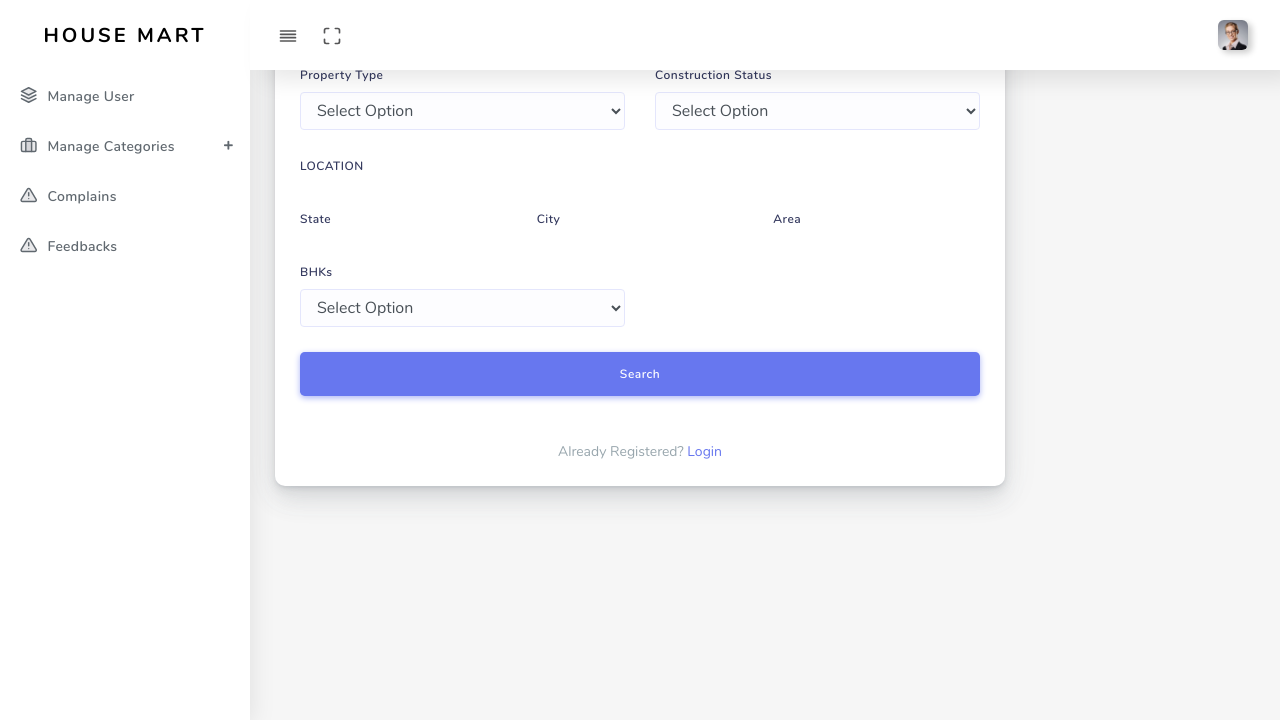
Repository: DhairyaSharma7120/finalyearproject
Page: http://localhost/housepricepredictionsystem/admin/residential.jsp
These files come from the project's save history. The page is drawn as it stood at one moment and after the next save; the edit follows.
The browser window is 1280 px wide. The pictures show the whole page.
The page is served by Tomcat 9.

Above is the page before, as saved 2021-02-19 10:05:57.

### housepricepredictionsystem/WebContent/admin/residential.jsp
<%@ page language="java" contentType="text/html; charset=ISO-8859-1"
    pageEncoding="ISO-8859-1" import = "java.sql.*"%>
<!DOCTYPE html>
<html lang="en">

<head>
  <meta charset="UTF-8">
  <meta content="width=device-width, initial-scale=1, maximum-scale=1, shrink-to-fit=no" name="viewport">
  <title>House Mart</title>
  <!-- General CSS Files -->
  <link rel="stylesheet" href="adminResources/css/app.min.css">
  <link rel="stylesheet" href="adminResources/css/selectric.css">
  <!-- Template CSS -->
  <link rel="stylesheet" href="adminResources/css/style.css">
  <link rel="stylesheet" href="adminResources/css/components.css">
  <!-- Custom style CSS -->
  <link rel="stylesheet" href="adminResources/css/custom.css">
  <link rel='shortcut icon' type='image/x-icon' href='adminResources/image/favicon.ico' />
  <link href="https://fonts.googleapis.com/css2?family=Montserrat&display=swap" rel="stylesheet">
  <link rel="stylesheet" href="./adminResources/css/register.css">
</head>

<body>
  <div class="loader"></div>
  <jsp:include page="header.jsp"></jsp:include>
  <jsp:include page="menu.jsp"></jsp:include>

  <div id="app">
    <section class="section">
      <div class="container mt-6">
        <div class="row">
          <div class="col-12 col-sm-10 offset-sm-1 col-md-8 offset-md-2 col-lg-8 offset-lg-2 col-xl-8 offset-xl-2">
            <div class="card card-primary">
              <div class="card-header">
                <h4 class="header">Residential Category</h4>
              </div>
              <%-- <%
   			  Boolean pass = true;
              String pas = (String)session.getAttribute("pass");
              out.println(pass);
              out.println(pas);


              %> --%>
              <div class="card-body">
                <form method="POST" action="./registerdb.jsp">
                  <div class="row">
                    <div class="form-group col-6">
                      <label for="frist_name">Property Type</label>
                      <select class="form-control">
                      	<option>Select Option </option>
                      	<option>Apartment</option>
                      	<option>Bunglow</option>
                      	<option>Flat</option>
                      	<option>Plot</option>
                      </select>
                    </div>
                    <div class="form-group col-6">
                      <label for="frist_name">Construction Status</label>
                      <select class="form-control">
                      	<option>Select Option </option>
                      	<option>Ready To  Move</option>
                      	<option>Fully Furnished</option>
                      	<option>Under Construction</option>
                      </select>
                    </div>
                    <div class="form-group col-12"><label>LOCATION</label></div>
                    <div class="form-group col-4">
                      <label for="frist_name">State</label>

                    </div>
                         <div class="form-group col-4">
                      <label for="frist_name">City</label>

                    </div>
                         <div class="form-group col-4">
                      <label for="frist_name">Area</label>

                    </div>
                    <div class="form-group col-6">
                      <label for="bhks">BHKs</label>
                      <select class="form-control">
                      	<option>Select Option </option>
                      	<option>1</option>
                      	<option>2</option>
                      	<option>3</option>
                      	<option>4</option>
                      </select>
                    </div>
                  </div>
                  <div class="form-group">
                    <button id="submit-btn"  type="Submit" class="btn btn-primary btn-lg btn-block">
                      Search
                    </button>
                  </div>
                </form>
              </div>
              <div class="mb-4 text-muted text-center">
                Already Registered? <a href="login.jsp">Login</a>
              </div>
            </div>
          </div>
        </div>
      </div>
    </section>
  </div>
  <script type="text/javascript">
  const check = function() {
	  document.getElementById("submit-btn").addEventListener("click", function(event){
		  event.preventDefault()
		});
	  console.log(document.getElementById('password').value);
	  console.log(document.getElementById('password2').value);
	  if (document.getElementById('password').value ==
	    document.getElementById('password2').value) {
	    $(this).trigger(e.type);
	  } else {
	   alert("Password is not matching");
	  }
	}
  </script>
  <!-- General JS Scripts -->
  <script src="adminResources/js/app.min.js"></script>
  <!-- JS Libraies -->
  <script src="adminResources/js/jquery.pwstrength.min.js"></script>
  <script src="adminResources/js/jquery.selectric.min.js"></script>
  <!-- Page Specific JS File -->
  <script src="adminResources/js/auth-register.js"></script>
  <!-- Template JS File -->
  <script src="adminResources/js/scripts.js"></script>
  <!-- Custom JS File -->
  <script src="adminResources/js/custom.js"></script>
</body>

</html>

### housepricepredictionsystem/WebContent/admin/header.jsp
<nav class="navbar navbar-expand-lg main-navbar sticky">
	<div class="form-inline mr-auto">
		<ul class="navbar-nav mr-3">
			<li><a href="#" data-toggle="sidebar"
				class="nav-link nav-link-lg
									collapse-btn"> <i
					data-feather="align-justify"></i></a></li>
			<li><a href="#" class="nav-link nav-link-lg fullscreen-btn">
					<i data-feather="maximize"></i>
			</a></li>

		</ul>
	</div>
	<ul class="navbar-nav navbar-right">

		<li class="dropdown"><a href="#" data-toggle="dropdown"
			class="nav-link dropdown-toggle nav-link-lg nav-link-user"> <img
				alt="image" src="adminResources/image/user.png"
				class="user-img-radious-style"> <span
				class="d-sm-none d-lg-inline-block"></span></a>
			<div class="dropdown-menu dropdown-menu-right pullDown">
			<% String name = (String)session.getAttribute("xyz"); %>
				<div class="dropdown-title">Hello <% out.println(name); %></div>
				<a href="profile.html" class="dropdown-item has-icon"> <i
					class="far
										fa-user"></i> Profile
				</a>
				<div class="dropdown-divider"></div>
				<a href="login.jsp" class="dropdown-item has-icon text-danger">
					<i class="fas fa-sign-out-alt"></i> Logout
				</a>
			</div></li>
	</ul>
</nav>

### housepricepredictionsystem/WebContent/admin/menu.jsp
<link rel="stylesheet" href="./adminResources/css/font-awesome.min.css">
<div class="main-sidebar sidebar-style-2">
	<aside id="sidebar-wrapper">
		<div class="sidebar-brand">
			<a href="./index.jsp">
			<!--   <img alt="image" src="adminResources/image/logo.png" class="header-logo" /> -->
			<span class="logo-name" >House Mart</span>
			</a>
		</div>
		<ul class="sidebar-menu">
			<!-- <li class="menu-header">Main</li> -->
		<!--  	<li class="dropdown active"><a href="./index.jsp"
				class="nav-link"><i data-feather="home"></i><span>Home</span></a>
			</li>
			-->
			<li class="dropdown"><a href="./datatable.jsp"
				class="nav-link"><i data-feather="layers"></i><span>Manage User</span></a>
			</li>

			<!--    class="dropdown"><a href="#"
				class="nav-link"><i data-feather="book"></i><span></span></a>
			</li> -->
			<li class="dropdown"><a href="#"
				class="menu-toggle nav-link has-dropdown"><i
					data-feather="briefcase"></i><span>Manage Categories</span></a>
				<ul class="dropdown-menu">
					<li><a class="nav-link" href="residential.jsp">Residential</a></li>
					<li><a class="nav-link" href="widget-data.html">Commercials</a></li>
				</ul></li>


				<li class="dropdown"><a href="complain.jsp"
				class="nav-link"><i data-feather="alert-triangle"></i><span>Complains</span></a>
			</li>
			<li class="dropdown"><a href="#"
				class="nav-link"><i data-feather="alert-triangle"></i><span>Feedbacks</span></a>
			</li>
			<!-- <li class="dropdown"><a href="#"
				class="menu-toggle nav-link has-dropdown"><i
					data-feather="command"></i><span>Apps</span></a>
				<ul class="dropdown-menu">
					<li><a class="nav-link" href="chat.html">Chat</a></li>
					<li><a class="nav-link" href="portfolio.html">Portfolio</a></li>
					<li><a class="nav-link" href="blog.html">Blog</a></li>
					<li><a class="nav-link" href="calendar.html">Calendar</a></li>
				</ul></li> -->
		<!-- 	<li class="dropdown"><a href="#"
				class="menu-toggle nav-link has-dropdown"><i data-feather="mail"></i><span>Contact</span></a>
				<ul class="dropdown-menu">
					<li><a class="nav-link" href="email-inbox.html">Inbox</a></li>
					<li><a class="nav-link" href="email-compose.html">Compose</a></li>
					<li><a class="nav-link" href="email-read.html">read</a></li>
				</ul></li>
			<!-- <li class="menu-header">UI Elements</li>
			<li class="dropdown"><a href="#"
				class="menu-toggle nav-link has-dropdown"><i data-feather="copy"></i><span>Basic
						Components</span></a>
				<ul class="dropdown-menu">
					<li><a class="nav-link" href="alert.html">Alert</a></li>
					<li><a class="nav-link" href="badge.html">Badge</a></li>
					<li><a class="nav-link" href="breadcrumb.html">Breadcrumb</a></li>
					<li><a class="nav-link" href="buttons.html">Buttons</a></li>
					<li><a class="nav-link" href="collapse.html">Collapse</a></li>
					<li><a class="nav-link" href="dropdown.html">Dropdown</a></li>
					<li><a class="nav-link" href="checkbox-and-radio.html">Checkbox
							&amp; Radios</a></li>
					<li><a class="nav-link" href="list-group.html">List Group</a></li>
					<li><a class="nav-link" href="media-object.html">Media
							Object</a></li>
					<li><a class="nav-link" href="navbar.html">Navbar</a></li>
					<li><a class="nav-link" href="pagination.html">Pagination</a></li>
					<li><a class="nav-link" href="popover.html">Popover</a></li>
					<li><a class="nav-link" href="progress.html">Progress</a></li>
					<li><a class="nav-link" href="tooltip.html">Tooltip</a></li>
					<li><a class="nav-link" href="flags.html">Flag</a></li>
					<li><a class="nav-link" href="typography.html">Typography</a></li>
				</ul></li>
 -->
			<!--  <li class="dropdown"><a href="#"
				class="menu-toggle nav-link has-dropdown"><i
					data-feather="shopping-bag"></i><span>Current Deals</span></a>
				<ul class="dropdown-menu">
					<li><a class="nav-link" href="avatar.html">Avatar</a></li>
					<li><a class="nav-link" href="card.html">Card</a></li>
					<li><a class="nav-link" href="modal.html">Modal</a></li>
					<li><a class="nav-link" href="sweet-alert.html">Sweet
							Alert</a></li>
					<li><a class="nav-link" href="toastr.html">Toastr</a></li>
					<li><a class="nav-link" href="empty-state.html">Empty
							State</a></li>
					<li><a class="nav-link" href="multiple-upload.html">Multiple
							Upload</a></li>
					<li><a class="nav-link" href="pricing.html">Pricing</a></li>
					<li><a class="nav-link" href="tabs.html">Tab</a></li>
				</ul></li>
			<!-- <li><a class="nav-link" href="blank.html"><i
					data-feather="file"></i><span>Blank Page</span></a></li>
			<li class="menu-header">Otika</li>
			<li class="dropdown"><a href="#"
				class="menu-toggle nav-link has-dropdown"><i
					data-feather="layout"></i><span>Forms</span></a>
				<ul class="dropdown-menu">
					<li><a class="nav-link" href="basic-form.html">Basic Form</a></li>
					<li><a class="nav-link" href="forms-advanced-form.html">Advanced
							Form</a></li>
					<li><a class="nav-link" href="forms-editor.html">Editor</a></li>
					<li><a class="nav-link" href="forms-validation.html">Validation</a></li>
					<li><a class="nav-link" href="form-wizard.html">Form
							Wizard</a></li>
				</ul></li>
			<li class="dropdown"><a href="#"
				class="menu-toggle nav-link has-dropdown"><i data-feather="grid"></i><span>Tables</span></a>
				<ul class="dropdown-menu">
					<li><a class="nav-link" href="basic-table.html">Basic
							Tables</a></li>
					<li><a class="nav-link" href="advance-table.html">Advanced
							Table</a></li>
					<li><a class="nav-link" href="datatables.html">Datatable</a></li>
					<li><a class="nav-link" href="export-table.html">Export
							Table</a></li>
					<li><a class="nav-link" href="editable-table.html">Editable
							Table</a></li>
				</ul></li>
			<li class="dropdown"><a href="#"
				class="menu-toggle nav-link has-dropdown"><i
					data-feather="pie-chart"></i><span>Charts</span></a>
				<ul class="dropdown-menu">
					<li><a class="nav-link" href="chart-amchart.html">amChart</a></li>
					<li><a class="nav-link" href="chart-apexchart.html">apexchart</a></li>
					<li><a class="nav-link" href="chart-echart.html">eChart</a></li>
					<li><a class="nav-link" href="chart-chartjs.html">Chartjs</a></li>
					<li><a class="nav-link" href="chart-sparkline.html">Sparkline</a></li>
					<li><a class="nav-link" href="chart-morris.html">Morris</a></li>
				</ul></li>
			<li class="dropdown"><a href="#"
				class="menu-toggle nav-link has-dropdown"><i
					data-feather="feather"></i><span>Icons</span></a>
				<ul class="dropdown-menu">
					<li><a class="nav-link" href="icon-font-awesome.html">Font
							Awesome</a></li>
					<li><a class="nav-link" href="icon-material.html">Material
							Design</a></li>
					<li><a class="nav-link" href="icon-ionicons.html">Ion
							Icons</a></li>
					<li><a class="nav-link" href="icon-feather.html">Feather
							Icons</a></li>
					<li><a class="nav-link" href="icon-weather-icon.html">Weather
							Icon</a></li>
				</ul></li>
			<li class="menu-header">Media</li>

			<li class="dropdown"><a href="#"
				class="menu-toggle nav-link has-dropdown"><i
					data-feather="image"></i><span>Gallery</span></a>
				<ul class="dropdown-menu">
					<li><a class="nav-link" href="light-gallery.html">Light
							Gallery</a></li>
					<li><a href="gallery1.html">Gallery 2</a></li>
				</ul></li> -->
			<!-- 	<li class="dropdown"><a href="#"
				class="nav-link"><i data-feather="image"></i><span>Gallery</span></a>
			</li>  -->
			<!-- <li class="dropdown"><a href="#"
				class="menu-toggle nav-link has-dropdown"><i data-feather="flag"></i><span>Sliders</span></a>
				<ul class="dropdown-menu">
					<li><a href="carousel.html">Bootstrap Carousel.html</a></li>
					<li><a class="nav-link" href="owl-carousel.html">Owl
							Carousel</a></li>
				</ul></li>
			<li><a class="nav-link" href="timeline.html"><i
					data-feather="sliders"></i><span>Timeline</span></a></li>
			<li class="menu-header">Maps</li>
			<li class="dropdown"><a href="#"
				class="menu-toggle nav-link has-dropdown"><i data-feather="map"></i><span>Google
						Maps</span></a>
				<ul class="dropdown-menu">
					<li><a href="gmaps-advanced-route.html">Advanced Route</a></li>
					<li><a href="gmaps-draggable-marker.html">Draggable Marker</a></li>
					<li><a href="gmaps-geocoding.html">Geocoding</a></li>
					<li><a href="gmaps-geolocation.html">Geolocation</a></li>
					<li><a href="gmaps-marker.html">Marker</a></li>
					<li><a href="gmaps-multiple-marker.html">Multiple Marker</a></li>
					<li><a href="gmaps-route.html">Route</a></li>
					<li><a href="gmaps-simple.html">Simple</a></li>
				</ul></li>
			<li><a class="nav-link" href="vector-map.html"><i
					data-feather="map-pin"></i><span>Vector Map</span></a></li>
			<li class="menu-header">Pages</li>
				<li class="dropdown"><a href="#"
				class="menu-toggle nav-link has-dropdown"><i
					data-feather="users"></i><span>Login/Registration</span></a>
				 <ul class="dropdown-menu">
					<li><a href="auth-login.html">Login</a></li>
					<li><a href="auth-register.html">Register</a></li>
					<li><a href="auth-forgot-password.html">Forgot Password</a></li>
					<li><a href="auth-reset-password.html">Reset Password</a></li>
					<li><a href="subscribe.html">Subscribe</a></li>
				</ul> </li>-->
				<!--   <li class="dropdown"><a href="./register.jsp"
				class="nav-link"><i data-feather="users"></i><span>Login/Registration</span></a>
			</li> -->


			<!-- <li class="dropdown"><a href="#"
				class="menu-toggle nav-link has-dropdown"><i
					data-feather="alert-triangle"></i><span>Errors</span></a>
				<ul class="dropdown-menu">
					<li><a class="nav-link" href="errors-503.html">503</a></li>
					<li><a class="nav-link" href="errors-403.html">403</a></li>
					<li><a class="nav-link" href="errors-404.html">404</a></li>
					<li><a class="nav-link" href="errors-500.html">500</a></li>
				</ul></li>
			<li class="dropdown"><a href="#"
				class="menu-toggle nav-link has-dropdown"><i
					data-feather="anchor"></i><span>Other Pages</span></a>
				<ul class="dropdown-menu">
					<li><a class="nav-link" href="create-post.html">Create
							Post</a></li>
					<li><a class="nav-link" href="posts.html">Posts</a></li>
					<li><a class="nav-link" href="profile.html">Profile</a></li>
					<li><a class="nav-link" href="contact.html">Contact</a></li>
					<li><a class="nav-link" href="invoice.html">Invoice</a></li>
				</ul></li>
			<li class="dropdown"><a href="#"
				class="menu-toggle nav-link has-dropdown"><i
					data-feather="chevrons-down"></i><span>Multilevel</span></a>
				<ul class="dropdown-menu">
					<li><a href="#">Menu 1</a></li>
					<li class="dropdown"><a href="#" class="has-dropdown">Menu
							2</a>
						<ul class="dropdown-menu">
							<li><a href="#">Child Menu 1</a></li>
							<li class="dropdown"><a href="#" class="has-dropdown">Child
									Menu 2</a>
								<ul class="dropdown-menu">
									<li><a href="#">Child Menu 1</a></li>
									<li><a href="#">Child Menu 2</a></li>
								</ul></li>
							<li><a href="#"> Child Menu 3</a></li>
						</ul></li>
				</ul></li>
 -->		</ul>
	</aside>
</div>

### housepricepredictionsystem/WebContent/admin/adminResources/css/selectric.css
/*======================================
  Selectric v1.13.0
======================================*/

.selectric-wrapper {
  position: relative;
  cursor: pointer;
}

.selectric-responsive {
  width: 100%;
}

.selectric {
  border: 1px solid #DDD;
  border-radius: 0px;
  background: #F8F8F8;
  position: relative;
  overflow: hidden;
}

.selectric .label {
  display: block;
  white-space: nowrap;
  overflow: hidden;
  text-overflow: ellipsis;
  margin: 0 38px 0 10px;
  font-size: 12px;
  line-height: 38px;
  color: #444;
  height: 38px;
  -webkit-user-select: none;
     -moz-user-select: none;
      -ms-user-select: none;
          user-select: none;
}

.selectric .button {
  display: block;
  position: absolute;
  right: 0;
  top: 0;
  width: 38px;
  height: 38px;
  line-height: 38px;
  background-color: #F8f8f8;
  color: #BBB;
  text-align: center;
  font: 0/0 a;
  *font: 20px/38px Lucida Sans Unicode, Arial Unicode MS, Arial;
}

.selectric .button:after {
  content: " ";
  position: absolute;
  top: 0;
  right: 0;
  bottom: 0;
  left: 0;
  margin: auto;
  width: 0;
  height: 0;
  border: 4px solid transparent;
  border-top-color: #BBB;
  border-bottom: none;
}

.selectric-focus .selectric {
  border-color: #aaaaaa;
}

.selectric-hover .selectric {
  border-color: #c4c4c4;
}

.selectric-hover .selectric .button {
  color: #a2a2a2;
}

.selectric-hover .selectric .button:after {
  border-top-color: #a2a2a2;
}

.selectric-open {
  z-index: 9999;
}

.selectric-open .selectric {
  border-color: #c4c4c4;
}

.selectric-open .selectric-items {
  display: block;
}

.selectric-disabled {
  filter: alpha(opacity=50);
  opacity: 0.5;
  cursor: default;
  -webkit-user-select: none;
     -moz-user-select: none;
      -ms-user-select: none;
          user-select: none;
}

.selectric-hide-select {
  position: relative;
  overflow: hidden;
  width: 0;
  height: 0;
}

.selectric-hide-select select {
  position: absolute;
  left: -100%;
}

.selectric-hide-select.selectric-is-native {
  position: absolute;
  width: 100%;
  height: 100%;
  z-index: 10;
}

.selectric-hide-select.selectric-is-native select {
  position: absolute;
  top: 0;
  left: 0;
  right: 0;
  height: 100%;
  width: 100%;
  border: none;
  z-index: 1;
  box-sizing: border-box;
  opacity: 0;
}

.selectric-input {
  position: absolute !important;
  top: 0 !important;
  left: 0 !important;
  overflow: hidden !important;
  clip: rect(0, 0, 0, 0) !important;
  margin: 0 !important;
  padding: 0 !important;
  width: 1px !important;
  height: 1px !important;
  outline: none !important;
  border: none !important;
  *font: 0/0 a !important;
  background: none !important;
}

.selectric-temp-show {
  position: absolute !important;
  visibility: hidden !important;
  display: block !important;
}

/* Items box */
.selectric-items {
  display: none;
  position: absolute;
  top: 100%;
  left: 0;
  background: #F8F8F8;
  border: 1px solid #c4c4c4;
  z-index: -1;
  box-shadow: 0 0 10px -6px;
}

.selectric-items .selectric-scroll {
  height: 100%;
  overflow: auto;
}

.selectric-above .selectric-items {
  top: auto;
  bottom: 100%;
}

.selectric-items ul, .selectric-items li {
  list-style: none;
  padding: 0;
  margin: 0;
  font-size: 12px;
  line-height: 20px;
  min-height: 20px;
}

.selectric-items li {
  display: block;
  padding: 10px;
  color: #666;
  cursor: pointer;
}

.selectric-items li.selected {
  background: #E0E0E0;
  color: #444;
}

.selectric-items li.highlighted {
  background: #D0D0D0;
  color: #444;
}

.selectric-items li:hover {
  background: #D5D5D5;
  color: #444;
}

.selectric-items .disabled {
  filter: alpha(opacity=50);
  opacity: 0.5;
  cursor: default !important;
  background: none !important;
  color: #666 !important;
  -webkit-user-select: none;
     -moz-user-select: none;
      -ms-user-select: none;
          user-select: none;
}

.selectric-items .selectric-group .selectric-group-label {
  font-weight: bold;
  padding-left: 10px;
  cursor: default;
  -webkit-user-select: none;
     -moz-user-select: none;
      -ms-user-select: none;
          user-select: none;
  background: none;
  color: #444;
}

.selectric-items .selectric-group.disabled li {
  filter: alpha(opacity=100);
  opacity: 1;
}

.selectric-items .selectric-group li {
  padding-left: 25px;
}

### housepricepredictionsystem/WebContent/admin/adminResources/css/register.css
body{
/* 	background-image: url("../image/house2.jpg"); */
	backgound-blend-mode: lighten;
}
.card-header{
	display: grid;
	place-content: center;
	font-family: 'Montserrat', sans-serif;

}

Loaded but not shown: housepricepredictionsystem/WebContent/admin/adminResources/css/app.min.css (library); housepricepredictionsystem/WebContent/admin/adminResources/css/style.css (library); housepricepredictionsystem/WebContent/admin/adminResources/css/components.css (library); housepricepredictionsystem/WebContent/admin/adminResources/css/custom.css (common file); housepricepredictionsystem/WebContent/admin/adminResources/css/font-awesome.min.css (library); housepricepredictionsystem/WebContent/admin/adminResources/js/app.min.js (library); housepricepredictionsystem/WebContent/admin/adminResources/js/jquery.pwstrength.min.js (common file); housepricepredictionsystem/WebContent/admin/adminResources/js/jquery.selectric.min.js (library); housepricepredictionsystem/WebContent/admin/adminResources/js/auth-register.js (common file); housepricepredictionsystem/WebContent/admin/adminResources/js/custom.js (common file); housepricepredictionsystem/WebContent/admin/adminResources/js/scripts.js (709 lines, source omitted)

After the next save:
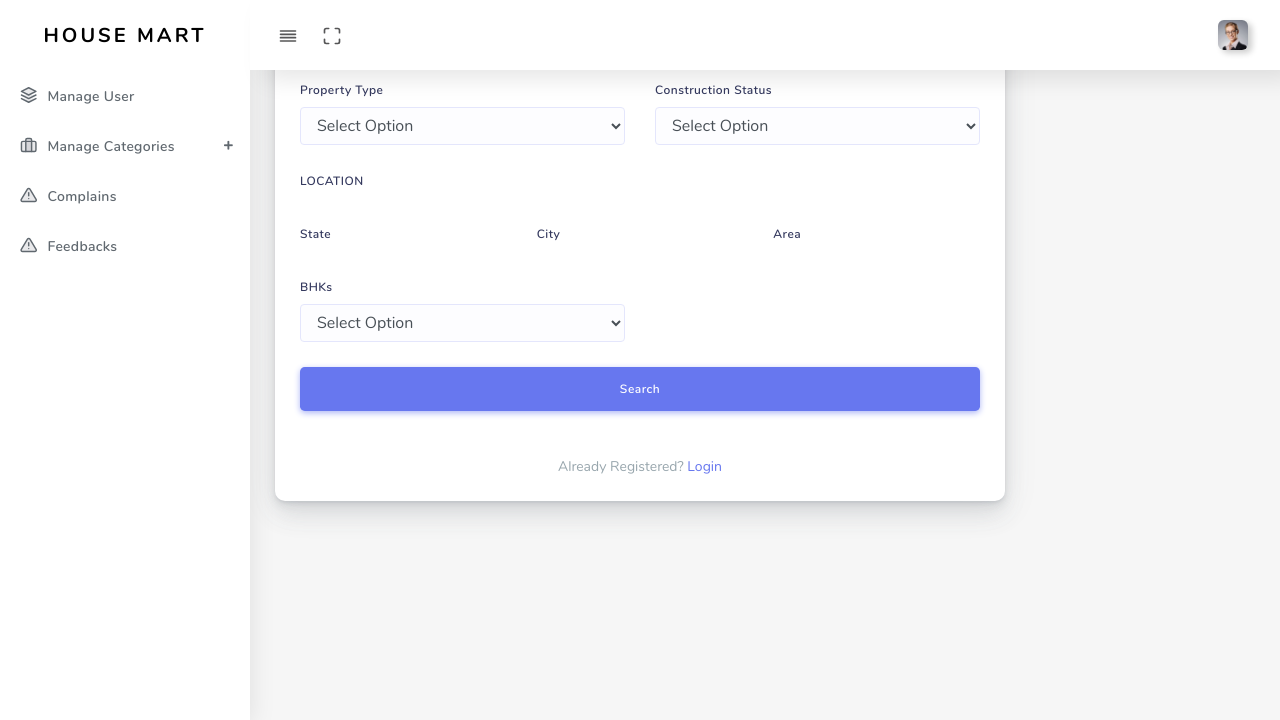
Saved 5 s later.
--- a/housepricepredictionsystem/WebContent/admin/residential.jsp
+++ b/housepricepredictionsystem/WebContent/admin/residential.jsp
@@ -27,7 +27,7 @@
 
   <div id="app">
     <section class="section">
-      <div class="container mt-6">
+      <div class="container mt-2">
         <div class="row">
           <div class="col-12 col-sm-10 offset-sm-1 col-md-8 offset-md-2 col-lg-8 offset-lg-2 col-xl-8 offset-xl-2">
             <div class="card card-primary">
